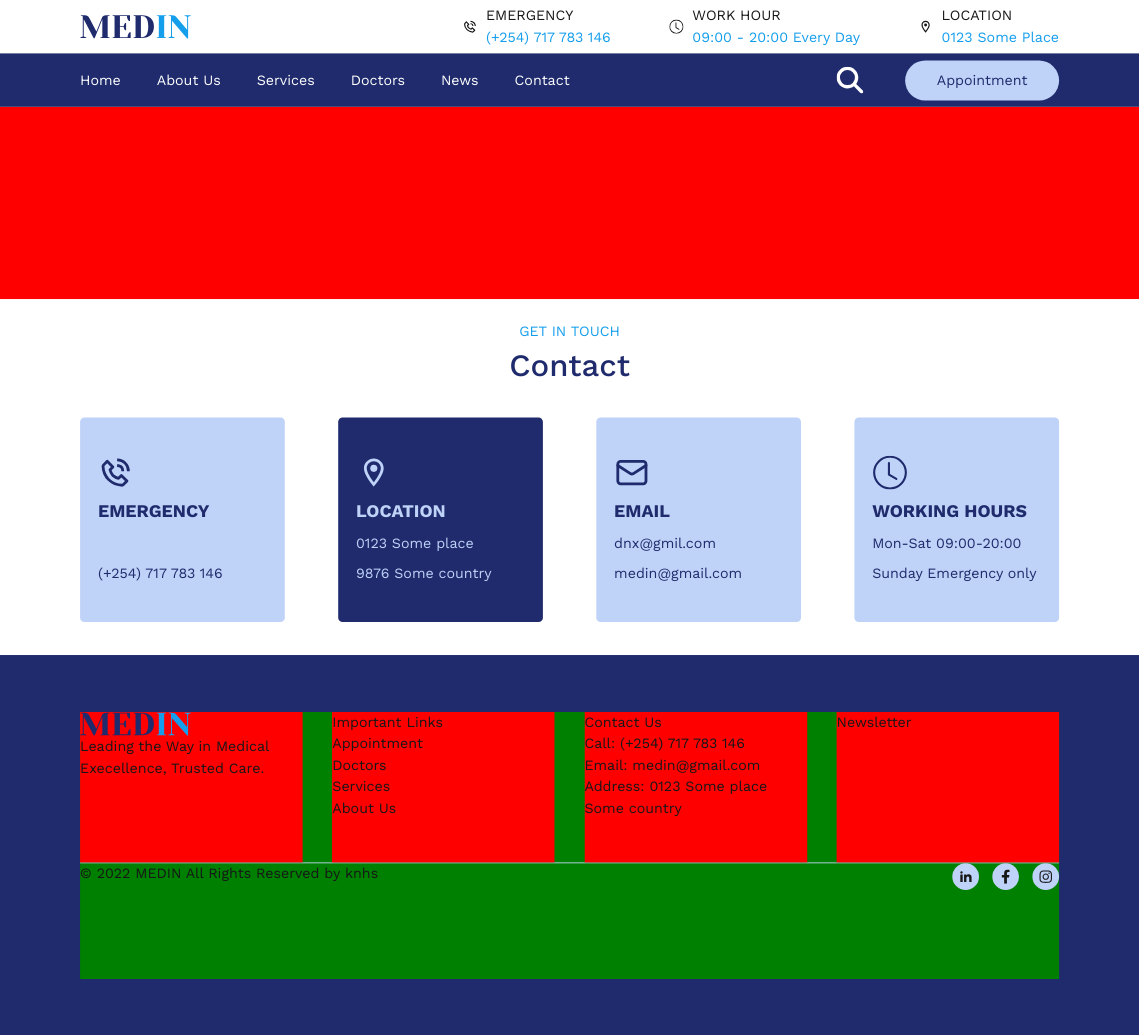
Repository: SynHK3/Poc_Hospital
Page: /appointment (app in fe_hospital/)
The author's editor kept a copy of each file at every save. The page is drawn from the files as they stood at one save, then again after the next save.
The browser window is 1280 px wide. The pictures show the whole page, at 89% of full size.
The project was rebuilt for these pictures with package versions that can differ from the ones it lists, and the page was loaded fresh each time. The framework's server and built-in components were replaced by stand-ins that run in the browser. Also part of the build but not shown: fe_hospital/next.config.ts.

Above is the page before, as saved 2025-09-02 16:52:43.

### fe_hospital/src/app/layout.tsx
import type { Metadata } from "next";
import { Geist, Geist_Mono, Work_Sans } from "next/font/google";
import "./globals.css";

const geistSans = Geist({
  variable: "--font-geist-sans",
  subsets: ["latin"],
});

const geistMono = Geist_Mono({
  variable: "--font-geist-mono",
  subsets: ["latin"],
});

const workSans = Work_Sans({
  subsets: ["latin"],
  weight: ["400", "500", "600", "700"], // chọn các weight cần
});

export const metadata: Metadata = {
  title: "Create Next App",
  description: "Generated by create next app",
};

export default function RootLayout({
  children,
}: Readonly<{
  children: React.ReactNode;
}>) {
  return (
    <html lang="en">
      <body
        className={`${workSans.className} ${geistMono.variable} antialiased`}
      >
        {children}
      </body>
    </html>
  );
}

### fe_hospital/src/app/appointment/page.tsx
import Header from "@/components/header/header";
import "./appointment.css";
import Contact from "@/components/contact/contact";
import Footer from "@/components/footer/footer";

export default function Appointment() {
  return (
    <div>
      <Header></Header>
      <div className="container__content--appointment"></div>
      <Contact></Contact>
      <Footer></Footer>
    </div>
  );
}

### fe_hospital/src/components/header/header.tsx
import Logo from "../../images/Logo.svg";
import Image from "next/image";
import { BiPhoneCall } from "react-icons/bi";
import { FaMagnifyingGlass } from "react-icons/fa6";
import { BsClock } from "react-icons/bs";
import { MdOutlineLocationOn } from "react-icons/md";
import "./header.css";

export default function Header() {
  return (
    <div className="container__header">
      <div className="header__layout">
        <div className="header__headline">
          <Image src={Logo} width={125} height={42} alt=""></Image>

          <div className="header__headline--info">
            <div className="header__headline--info--item">
              <BiPhoneCall className="icon__info--item"></BiPhoneCall>

              <div className="header__headline--info--desc">
                <h3>EMERGENCY</h3>
                <h5>(+254) 717 783 146</h5>
              </div>
            </div>

            <div className="header__headline--info--item">
              <BsClock className="icon__info--item"></BsClock>

              <div className="header__headline--info--desc">
                <h3>WORK HOUR</h3>
                <h5>09:00 - 20:00 Every Day</h5>
              </div>
            </div>

            <div className="header__headline--info--item">
              <MdOutlineLocationOn className="icon__info--item"></MdOutlineLocationOn>

              <div className="header__headline--info--desc">
                <h3>LOCATION</h3>
                <h5>0123 Some Place</h5>
              </div>
            </div>
          </div>
        </div>

        <div className="header__nav">
          <div className="layout__header--nav">
            <ul className="header__list--nav">
              <li>Home</li>
              <li>About Us</li>
              <li>Services</li>
              <li>Doctors</li>
              <li>News</li>
              <li>Contact</li>
            </ul>

            <div className="header__nav--appoinment">
              <FaMagnifyingGlass fontSize={30}></FaMagnifyingGlass>

              <button className="header__btn--appointment">Appointment</button>
            </div>
          </div>
        </div>
      </div>
    </div>
  );
}

### fe_hospital/src/app/appointment/appointment.css
.container__content--appointment {
  width: 100%;
  height: 30vh;
  background-color: red;
}

### fe_hospital/src/components/contact/contact.tsx
import "./contact.css";

import { BiPhoneCall } from "react-icons/bi";
import { MdOutlineLocationOn } from "react-icons/md";
import { LuMail } from "react-icons/lu";
import { BsClock } from "react-icons/bs";

export default function Contact() {
  return (
    <div className="container__contact">
      <div className="container__layout--contact">
        <div className="content__contact--headline">
          <h6>GET IN TOUCH</h6>
          <h1>Contact</h1>
        </div>

        <ul className="content__list--contact">
          <li>
            <div className="contact--item">
              <BiPhoneCall className="contact__item--icon"></BiPhoneCall>
              <h1>EMERGENCY</h1>

              <h3 style={{ visibility: "hidden" }}>dnx@gmil.com</h3>
              <p>(+254) 717 783 146</p>
            </div>
          </li>
          <li>
            <div className="contact--item">
              <MdOutlineLocationOn className="contact__item--icon"></MdOutlineLocationOn>
              <h1>LOCATION</h1>

              <p>0123 Some place</p>
              <p>9876 Some country</p>
            </div>
          </li>
          <li>
            <div className="contact--item">
              <LuMail className="contact__item--icon"></LuMail>
              <h1>EMAIL</h1>

              <p>dnx@gmil.com</p>
              <p>medin@gmail.com</p>
            </div>
          </li>
          <li>
            <div className="contact--item">
              <BsClock className="contact__item--icon"></BsClock>
              <h1 className="headline--item">WORKING HOURS</h1>

              <p>Mon-Sat 09:00-20:00</p>
              <p>Sunday Emergency only</p>
            </div>
          </li>
        </ul>
      </div>
    </div>
  );
}

### fe_hospital/src/components/footer/footer.tsx
import "./footer.css";
import { RiLinkedinFill } from "react-icons/ri";
import { FaFacebookF } from "react-icons/fa";
import { FaInstagram } from "react-icons/fa";
import Image from "next/image";
import Logo from "../../images/Logo.svg";

export default function Footer() {
  return (
    <div className="container__footer">
      <div className="container__layout--footer">
        <ul className="list__footer--item">
          <li>
            <div>
              <Image src={Logo} width={125} height={42} alt=""></Image>
              <h1 className="headline__footer">
                Leading the Way in Medical Execellence, Trusted Care.
              </h1>
            </div>
          </li>
          <li>
            <div>
              <h1>Important Links</h1>
              <ul className="list--item--footer--link">
                <li>Appointment</li>
                <li>Doctors</li>
                <li>Services</li>
                <li>About Us</li>
              </ul>
            </div>
          </li>

          <li>
            <div>
              <h1>Contact Us</h1>
              <ul className="list--item--footer--contact">
                <li>Call: (+254) 717 783 146</li>
                <li>Email: medin@gmail.com</li>
                <li>Address: 0123 Some place</li>
                <li>Some country</li>
              </ul>
            </div>
          </li>
          <li>
            <div>
              <h1>Newsletter</h1>
              <button className="btn__footer--send--mail"></button>
            </div>
          </li>
        </ul>

        <div className="footer--line"></div>

        <div className="footer--link--social">
          <h3>© 2022 MEDIN All Rights Reserved by knhs</h3>

          <ul className="list--icon--link--social">
            <li>
              <RiLinkedinFill></RiLinkedinFill>
            </li>
            <li>
              <FaFacebookF></FaFacebookF>
            </li>
            <li>
              <FaInstagram></FaInstagram>
            </li>
          </ul>
        </div>
      </div>
    </div>
  );
}

### fe_hospital/src/components/header/header.css
.container__header {
  width: 100%;
  height: 120px;
}

.header__layout {
  display: flex;
  flex-direction: column;
  align-items: center;
  width: 100%;
}

.header__headline {
  display: flex;
  justify-content: space-between;
  width: 1100px;
  height: 60px;
}

.header__headline--info {
  width: 670px;
  display: flex;
  justify-content: space-between;
}

.header__headline--info--desc > h5 {
  color: #159eec;
}

.header__headline--info--item {
  height: 60px;
  display: flex;
  align-items: center;
}

.icon__info--item {
  font-size: 30;
  margin-right: 10px;
}

/* Header Nav */

.header__nav {
  display: flex;
  align-items: center;
  justify-content: center;
  width: 100%;
  height: 60px;
  background-color: #1f2b6c;
  color: white;
}

.layout__header--nav {
  display: flex;
  justify-content: space-between;
  align-items: center;
  width: 1100px;
  height: 60px;
}

.header__list--nav {
  width: 550px;
  display: flex;
  justify-content: space-between;
}

.header__nav--appoinment {
  width: 250px;
  height: 45px;
  display: flex;
  justify-content: space-between;
  align-items: center;
}

.header__btn--appointment {
  color: #1f2b6c;
  width: 173px;
  height: 45px;
  background-color: #bfd2f8;
  border-radius: 30px;
}

### fe_hospital/src/components/contact/contact.css
.container__contact {
  display: flex;
  width: 100%;
  height: 400px;
  justify-content: center;
}

.container__layout--contact {
  display: flex;
  flex-direction: column;
  justify-content: space-between;
  width: 1100px;
  height: 363px;
}

.content__contact--headline {
  display: flex;
  flex-direction: column;
  width: 100%;
  height: 127px;
  align-items: center;
  justify-content: center;
}

.content__list--contact {
  display: flex;
  justify-content: space-between;
  align-items: center;
}

.content__contact--headline > h1 {
  font-size: 35px;
  font-weight: 500;
  color: #1f2b6c;
}
.content__contact--headline > h6 {
  color: #159eec;
}

.content__list--contact > li {
  display: flex;
  align-items: center;
  width: 230px;
  height: 230px;
  background-color: #bfd2f8;
  border-radius: 5px;
}

.content__list--contact > li:nth-child(2) {
  background-color: #1f2b6c;
}

.content__list--contact > li:nth-child(2) > div > p,
.content__list--contact > li:nth-child(2) > div > h1,
.content__list--contact > li:nth-child(2) > div > .contact__item--icon {
  color: #bfd2f8;
}

.contact--item {
  margin-left: 20px;
  display: flex;
  flex-direction: column;
  justify-content: space-between;
  width: 126px;
  height: 145px;
}

.contact--item > h1 {
  width: 230px;
  font-size: 20px;
  font-weight: 700;
  color: #1f2b6c;
}

.contact--item > p {
  width: 230px;
  color: #1f2b6c;
}

.headline--item {
  width: 140px;
}

.contact__item--icon {
  width: 40px;
  height: 38px;
  color: #1f2b6c;
}

### fe_hospital/src/components/footer/footer.css
.container__footer {
  display: flex;
  width: 100%;
  height: 427px;
  justify-content: center;
  align-items: center;
  background-color: #1f2b6c;
}

.container__layout--footer {
  width: 1100px;
  height: 300px;
  background-color: green;
}

/* Footer Items  */
.list__footer--item {
  display: flex;
  justify-content: space-between;
  height: 169px;
}

.list__footer--item > li {
  width: 250px;
  height: 169px;
  background-color: red;
}

.headline__footer {
  width: 250px;
}

/* BTN SEND MAIL */
.btn__footer--send--mail {
  w
  background-color: #bfd2f8;
}

/* Footer Line */

.footer--line {
  width: 100%;
  height: 1px;
  background-color: #bfd2f8;
}

.footer--link--social {
  justify-content: space-between;
  display: flex;
}

.list--icon--link--social {
  display: flex;
  justify-content: space-between;
  width: 120px;
}

.list--icon--link--social > li {
  display: flex;
  align-items: center;
  justify-content: center;
  width: 30px;
  height: 30px;
  background-color: #bfd2f8;
  border-radius: 50%;
}

Loaded but not shown: fe_hospital/src/app/globals.css (common file)

After the next save:
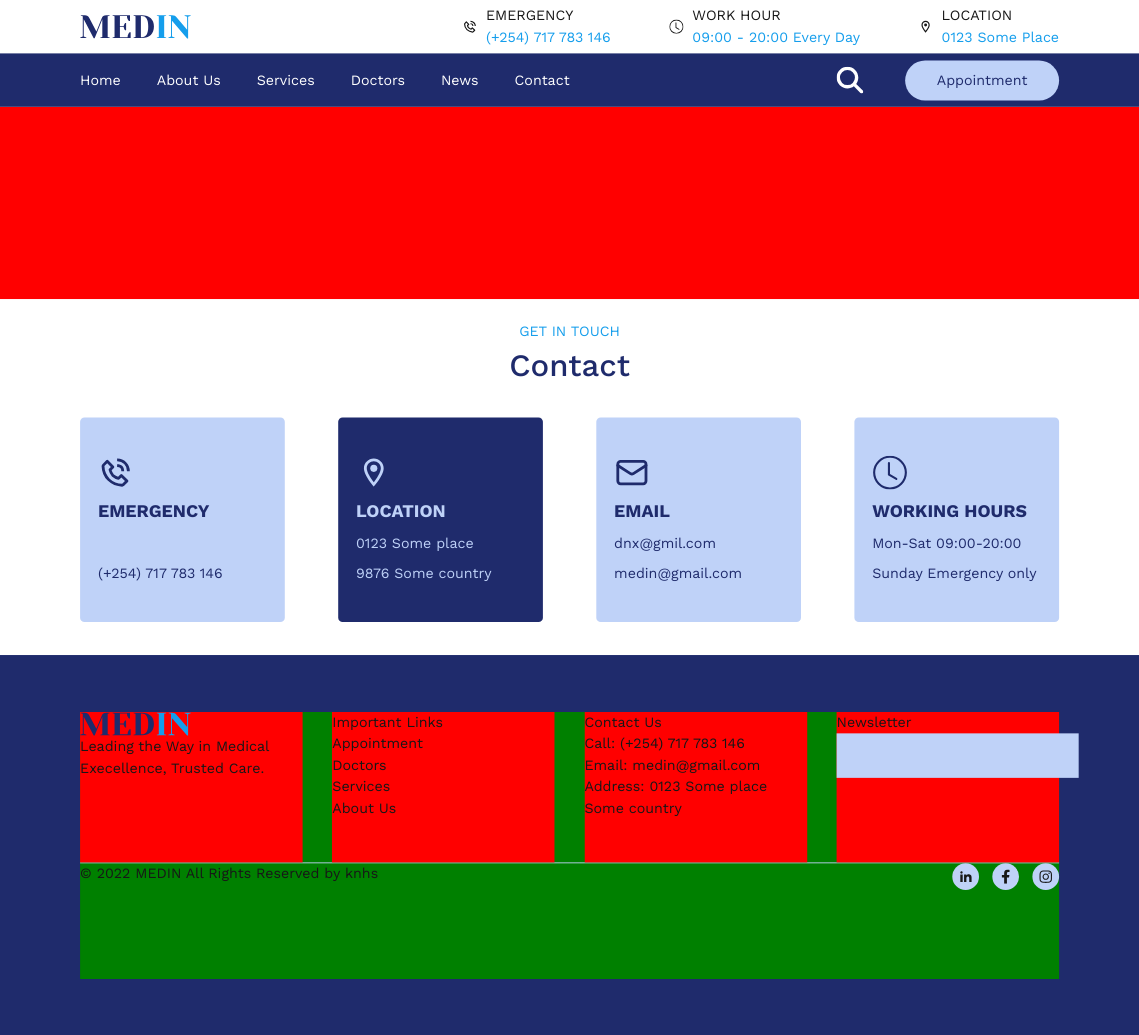
Saved 6 s later.
--- a/fe_hospital/src/components/footer/footer.css
+++ b/fe_hospital/src/components/footer/footer.css
@@ -32,7 +32,8 @@
 
 /* BTN SEND MAIL */
 .btn__footer--send--mail {
-  w
+  width: 272px;
+  height: 50px;
   background-color: #bfd2f8;
 }
 
